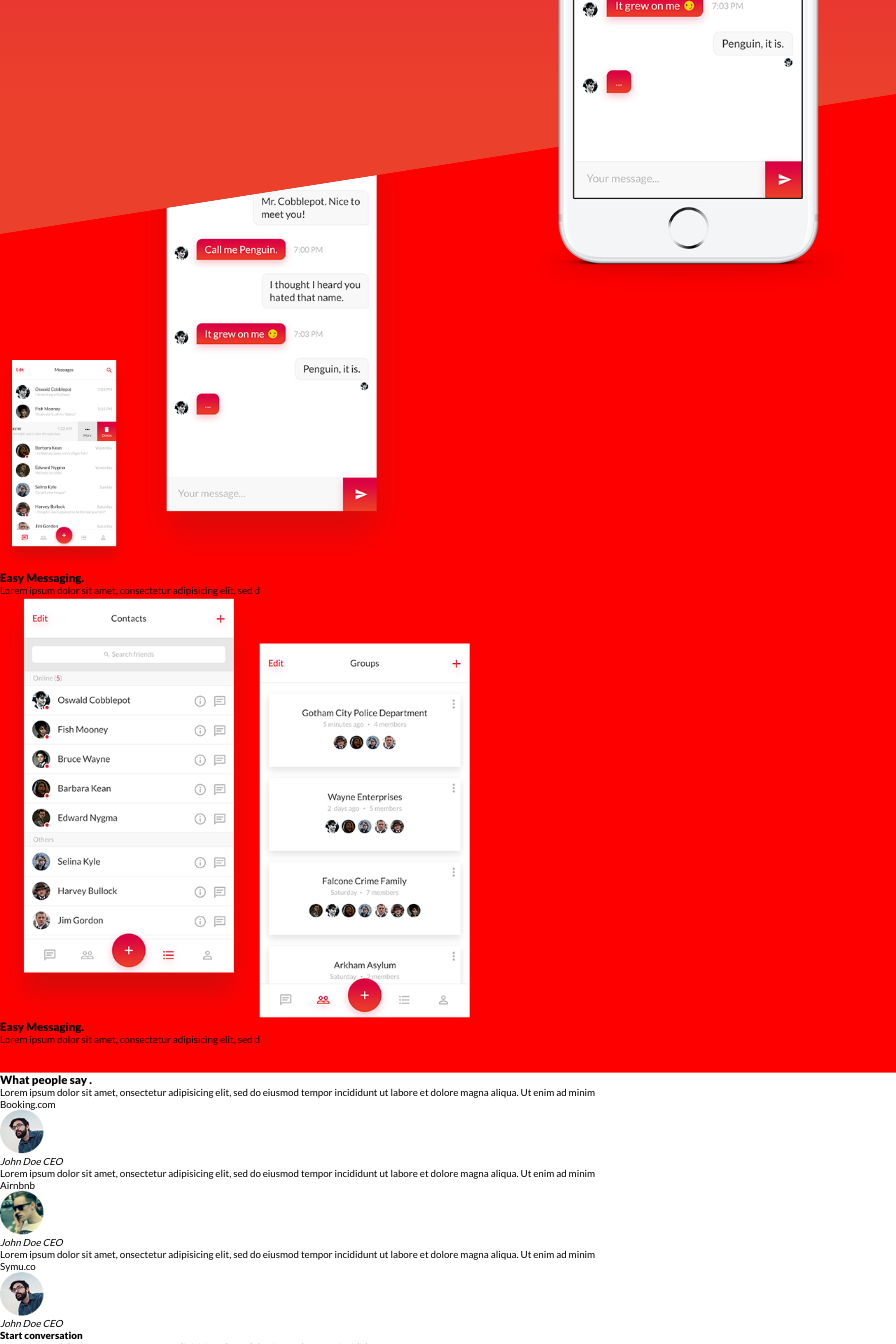
Repository: baumanmilosz/heyu
Page: index.html
An editor plug-in stored every save of this project. The page is shown before and after the next save, followed by the edit.
The browser window is 1280 px wide. The pictures show the part of the page from y = 775 to 2695 px (the page is 4130 px tall before and 2884 px after), at 70% of full size.
Some web libraries are served in a nearby version. The style sheet was rebuilt from its Sass, Less or Tailwind sources for each picture, by a compiler version that may differ from the author's.

Above is the page before, as saved 2019-04-12 14:50:13.

After the next save:
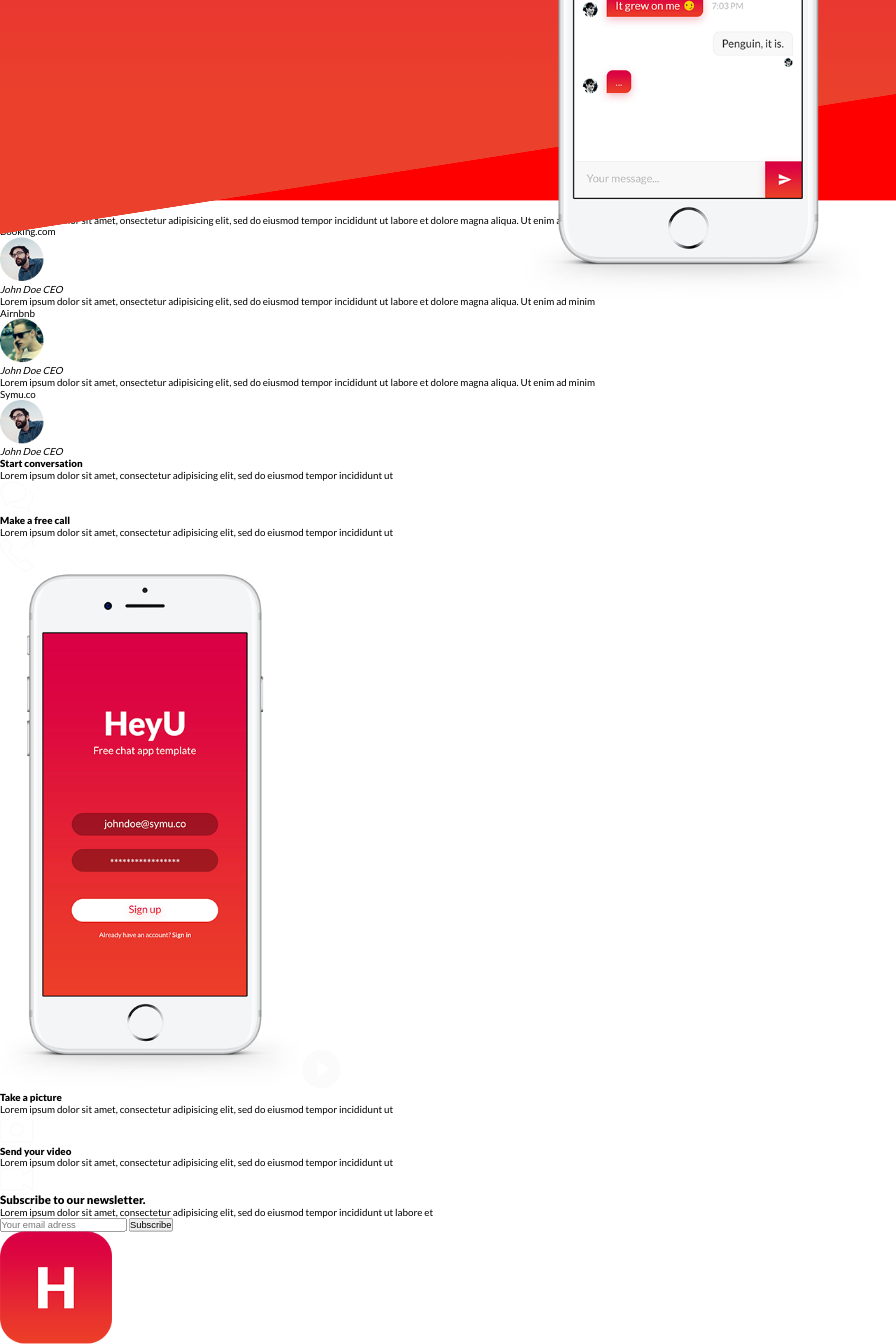
Saved 41 s later.
--- a/src/scss/style.scss
+++ b/src/scss/style.scss
@@ -163,9 +163,9 @@
       .wrapper {
         .app-feature {
           .feature-img-wrapper {
-            .messages-img {
-              height: 300px;
-            }
+            display: none;
+
+            .messages-img {}
           }
         }
       }
